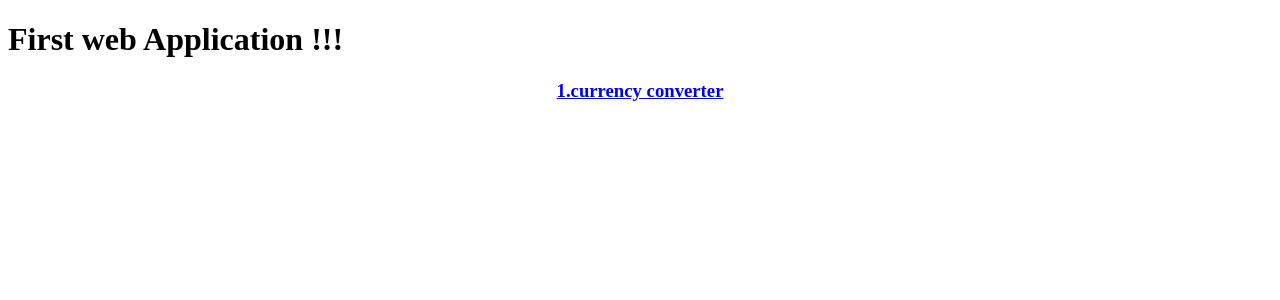
Repository: AJEET006/AdvanceJava-DSA
Page: ADVANCE_JAVA/FirstWebApp/WebContent/First.html
These files come from the project's save history. The page is drawn as it stood at one moment and after the next save; the edit follows.
The browser window is 1280 px wide. The pictures show the whole page.

Above is the page before, as saved 2022-06-21 14:40:36.

After the next save:
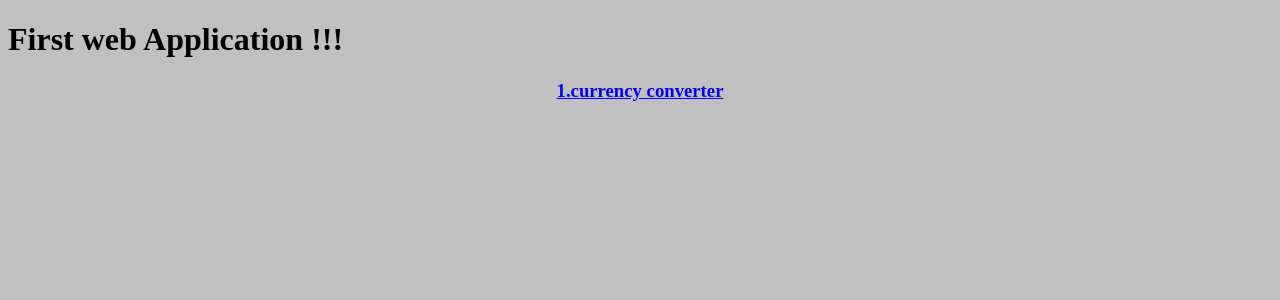
Saved 87 s later.
--- a/ADVANCE_JAVA/FirstWebApp/WebContent/First.html
+++ b/ADVANCE_JAVA/FirstWebApp/WebContent/First.html
@@ -4,7 +4,7 @@
 <meta charset="ISO-8859-1">
 <title>Insert title here</title>
 </head>
-<body>
+<body style="background-color: silver;">
 	<h1>First web Application !!!</h1>
 	<center>
 	<a href="changecurrency.html"><h3>1.currency converter</h3></a>
